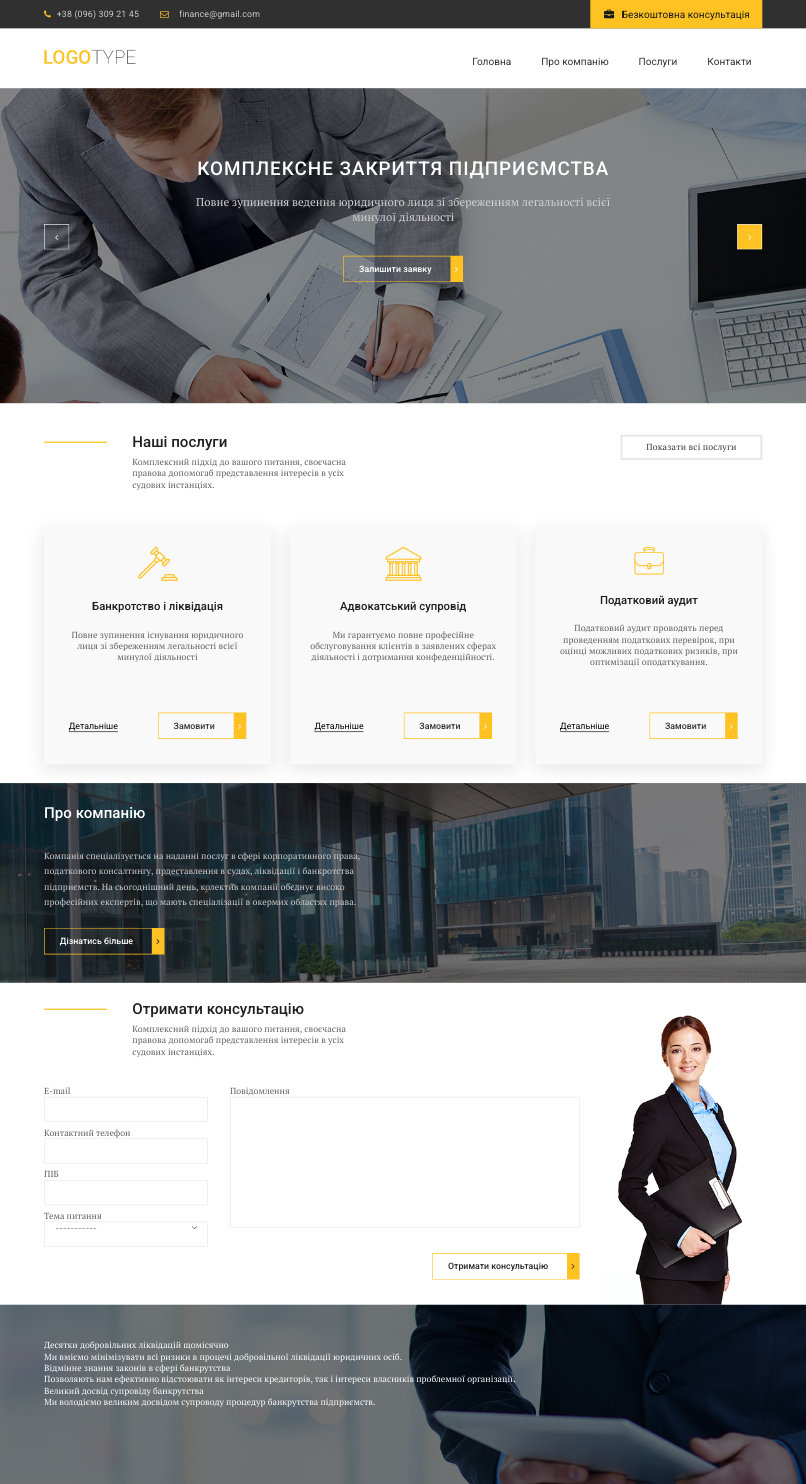
Repository: oliachipko/companysait
Page: index.html
The author's editor kept a copy of each file at every save. The page is drawn from the files as they stood at one save, then again after the next save.
The browser window is 1280 px wide. The pictures show the whole page, at 63% of full size.

Above is the page before, as saved 2020-11-20 10:16:55.

After the next save:
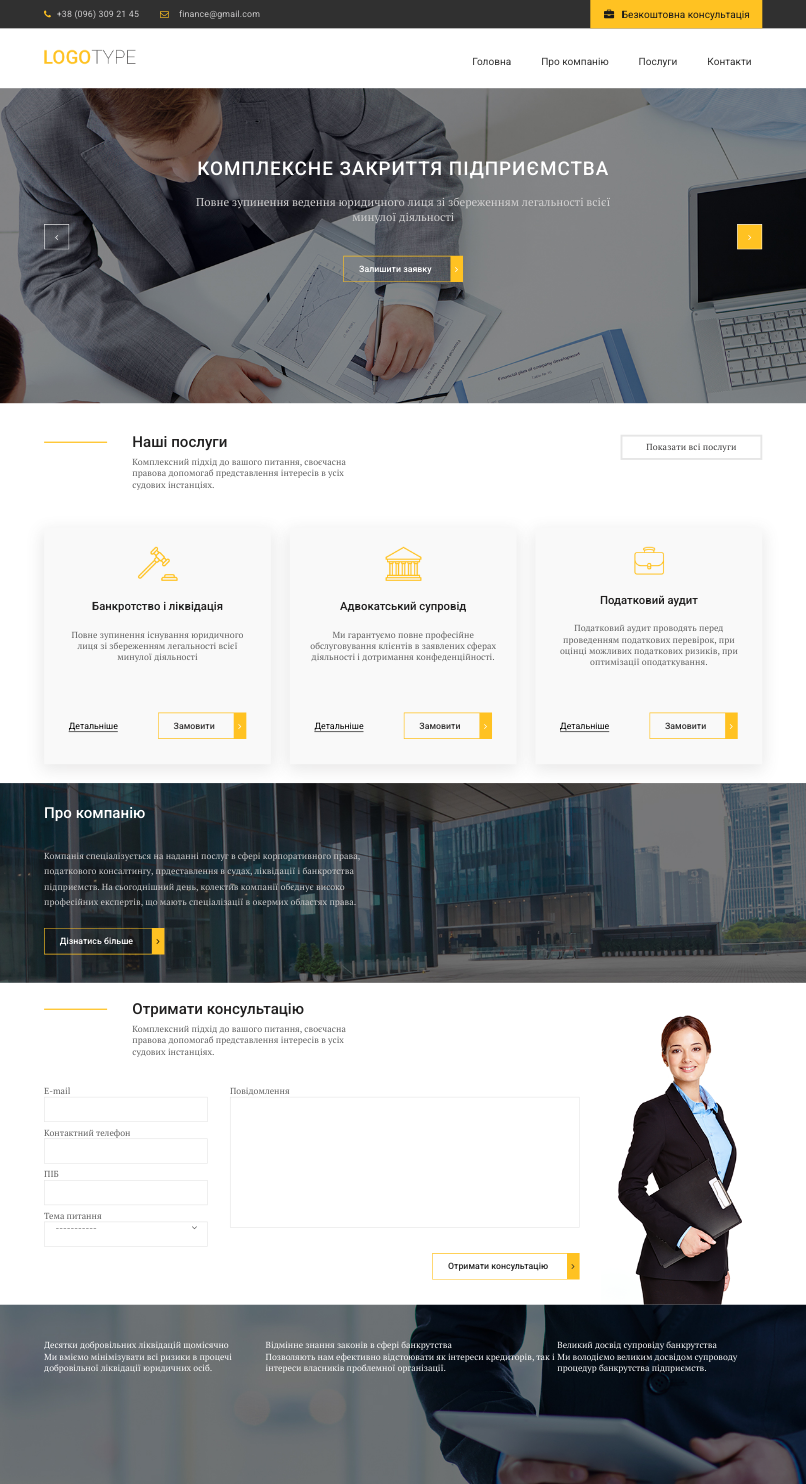
Saved 61 s later.
--- a/css/style.css
+++ b/css/style.css
@@ -448,5 +448,6 @@ header {
 }
 .advantages__inner{
     color: #fff;
-
-}
+    display: flex;
+    justify-conten: space-between;
+}
